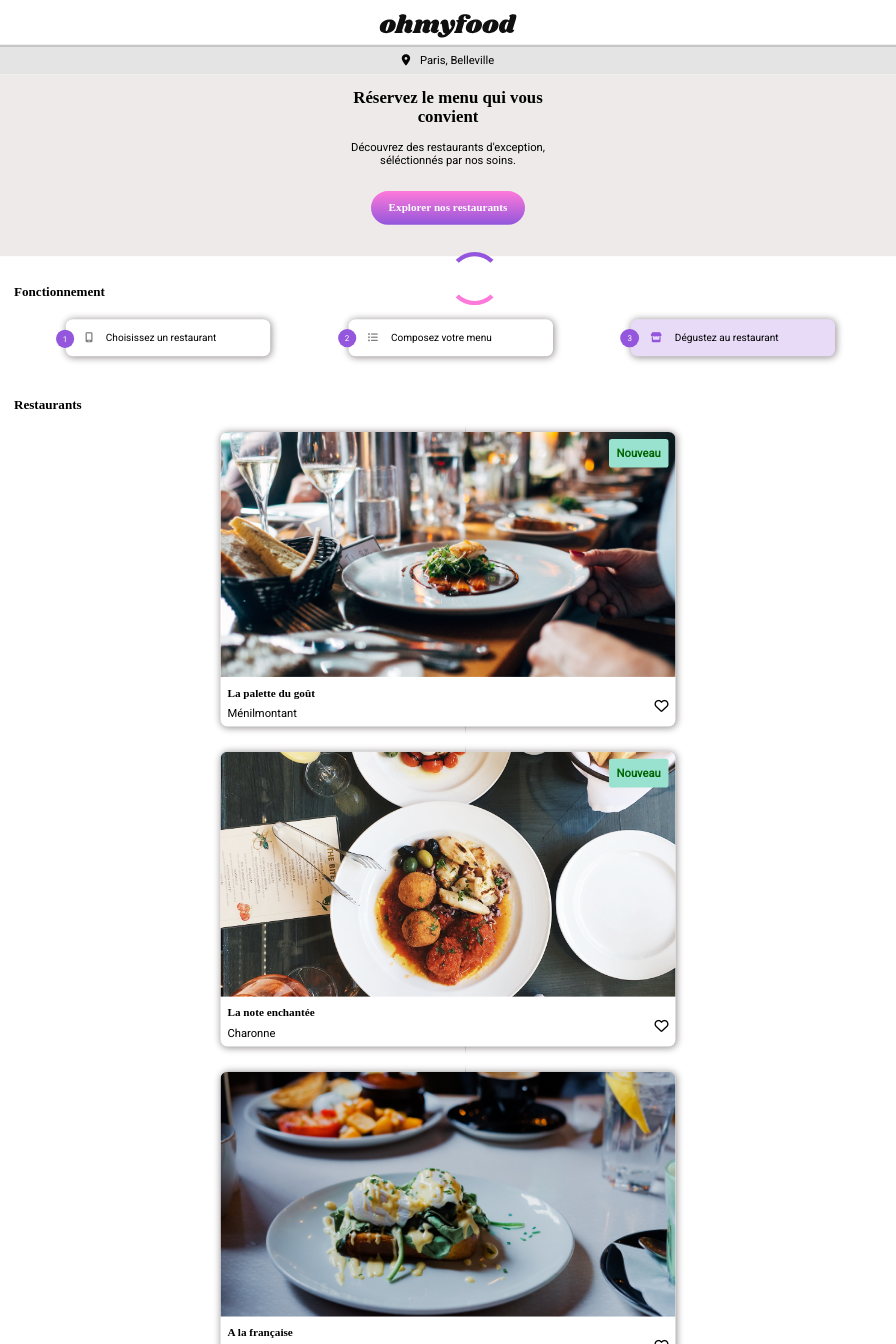
Repository: Micka-17/boimickael_3_16042021
Page: index.html
These files come from the project's save history. The page is drawn as it stood at one moment and after the next save; the edit follows.
The browser window is 1280 px wide. The pictures show the part of the page from y = 0 to 1920 px (the page is 2618 px tall), at 70% of full size.
Some web fonts or font styles are not loaded; a fallback is used. Some web libraries are served in a nearby version. The style sheet was rebuilt from its Sass, Less or Tailwind sources for each picture, by a compiler version that may differ from the author's.

Above is the page before, as saved 2021-05-26 10:49:15.

### index.html
<!DOCTYPE html>
<html lang="en">
  <head>
    <meta charset="UTF-8" />
    <meta http-equiv="X-UA-Compatible" content="IE=edge" />
    <meta name="viewport" content="width=device-width, initial-scale=1.0" />
    <link rel="stylesheet" href="css/style.css" />
    <script
      src="https://kit.fontawesome.com/7f2b024bdc.js"
      crossorigin="anonymous"
    ></script>
    <title>OhMyFood</title>
  </head>
  <body>
    <div id="backgroundloader">
      <div id="loader"></div>
    </div>
    <header>
      <div id="logo">
        <img src="images/logo/ohmyfood@2x.svg" alt="OhMyFood" />
      </div>
    </header>
    <section id="sec-1">
      <div id="top">
        <div id="paris">
          <p><i class="fas fa-map-marker-alt icon"></i> Paris, Belleville</p>
        </div>
        <div id="reservation">
          <h2 id="center-top1">Réservez le menu qui vous convient</h2>
          <p id="center-top2">
            Découvrez des restaurants d'exception, séléctionnés par nos soins.
          </p>
          <a id="btn" href="#sec-3">Explorer nos restaurants</a>
        </div>
      </div>
    </section>
    <section id="sec-2">
      <div class="fonctionnement">
        <h3 class="h3s">Fonctionnement</h3>
        <ul class="bolder">
          <li>
            <i class="fas fa-mobile-alt icon-top"></i> Choisissez un restaurant
            <p id="number1">1</p>
          </li>
          <li>
            <i class="fas fa-list-ul icon-top"></i> Composez votre menu
            <p id="number2">2</p>
          </li>
          <li id="li-3">
            <i class="fas fa-store icon-top-purple"></i> Dégustez au restaurant
            <p id="number3">3</p>
          </li>
        </ul>
      </div>
    </section>
    <section id="sec-3">
      <h3 class="h3s">Restaurants</h3>
      <div class="choice">
        <a href="pages/la_palette_du_gout.html">
          <div class="card">
            <p class="nouveau">Nouveau</p>
            <img
              id="new"
              class="imga"
              src="images/restaurants/la_palette_du_gout.jpg"
              alt="la_palette_du_gout"
            />
            <div class="resto">
              <div>
                <h4>La palette du goût</h4>
                <p class="space">Ménilmontant</p>
              </div>
              <div class="loveclcik">
                <i class="far fa-heart love fa-lg"></i>
                <i class="fas fa-heart loves3"></i>
              </div>
            </div>
          </div>
        </a>
        <a href="pages/la_note_enchantee.html">
          <div class="card">
            <p class="nouveau">Nouveau</p>
            <img
              class="imga"
              src="images/restaurants/la_note_enchantee.jpg"
              alt="la_note_enchantee"
            />
            <div class="resto">
              <div>
                <h4>La note enchantée</h4>
                <p class="space">Charonne</p>
              </div>
              <div class="loveclcik">
                <i class="far fa-heart love fa-lg"></i>
                <i class="fas fa-heart loves3"></i>
              </div>
            </div>
          </div>
        </a>
        <a href="pages/a_la_francaise.html">
          <div class="card">
            <img
              class="imga"
              src="images/restaurants/a_la_française.jpg"
              alt="a_la_française"
            />
            <div class="resto">
              <div>
                <h4>A la française</h4>
                <p class="space">Cité Rouge</p>
              </div>
              <div class="loveclcik">
                <i class="far fa-heart love fa-lg"></i>
                <i class="fas fa-heart loves3"></i>
              </div>
            </div>
          </div>
        </a>
        <a href="pages/le_delice_des_sens.html">
          <div class="card">
            <img
              class="imga"
              src="images/restaurants/le_delice_des_sens.jpg"
              alt="le_delice_des_sens"
            />
            <div class="resto">
              <div>
                <h4>Le delice des sens</h4>
                <p class="space">Folie-Méricourt</p>
              </div>
              <div class="loveclcik">
                <i class="far fa-heart love fa-lg"></i>
                <i class="fas fa-heart loves3"></i>
              </div>
            </div>
          </div>
        </a>
      </div>
    </section>
    <section class="end">
      <footer>
        <div>
          <h3 id="logo-white">ohmyfood</h3>
          <div class="end-ul">
            <p>
              <i class="fas fa-utensils icon-footer"></i> Proposer un restaurant
            </p>
            <p>
              <i class="fas fa-hands-helping icon-footer"></i> Devenir
              partenaire
            </p>
            <p>Mentions légales</p>
            <a id="contact" href="mailto:contact@ohmyfood.com"
              ><p>Contact</p></a
            >
          </div>
        </div>
      </footer>
    </section>
  </body>
</html>

### sass/style.scss
@import "./directories/Utils/variables-mixin";
@import "./directories/Base/main.scss";



ul {
    font-family: 'Roboto', sans-serif;
    font-size: 0.9em;
    @media (min-width: 430px) {
        max-width: 450px;
    }
        @media (min-width: 1000px) {
            display: flex;
            min-width: 100%;
            justify-content: space-evenly;
        }
}

#backgroundloader {

    top: 0;
    left: 0;
    background-color: $color3;
    min-width: 100%;
    height: 100%;
    animation: loader2 33s;
    animation-fill-mode: both;
    animation-timing-function: step-end;
  }
#loader {
    position: absolute;
    height: 70px;
    top: 50%;
    right: 50%;
    bottom: 50%;
    left: 50%;
    width: 64px;
    height: 64px;
    border-radius: 50%;
    border: 6px solid rgb(255, 255, 255);
    border-color: $color1 transparent $color2 transparent;
    animation: dual-ring 0.8s infinite, loader 3s;
    animation-delay: 0.2s;
    animation-fill-mode: both;
  }

#contact {
    color: white;
}

.spacediv p {
    font-family: 'Roboto', sans-serif;
    text-overflow: ellipsis;
    overflow: hidden;
    white-space: nowrap;
}

#logo {
    display: flex;
    justify-content: center;
    margin-top: 20px;
    margin-bottom: 10px;
}

#paris {
    display: flex;
    justify-content: center;
    border-top: solid 3px rgba(128, 128, 128, 0.301);
    min-width: 321px;
    padding-top: 10px;
    padding-bottom: 10px;
    background-color: rgba(128, 128, 128, 0.212);
        .icon {
            margin-right: 10px;
        }
}

#reservation {
    display: flex;
    justify-content: center;
    flex-direction: column;
    place-items: center;
    background-color: rgb(238, 234, 234);
    padding-bottom: 45px;
        #btn {
            @include btn();
                &:hover {
                    filter: brightness(1.50);
                    box-shadow: 0px 0px 10px 15px gray;
                }
        }
}

#center-top1 {
    text-align: center;
    margin-top: 20px;
    max-width: 350px;
}

#center-top2 {
    margin-top: 20px;
    margin-bottom: 20px;
    text-align: center;
    max-width: 350px;
}


.icon-top {
    color: gray;
    margin-right: 15px;
    margin-left: 10px;
}

.icon-top-purple {
    color: $color1;
    margin-right: 15px;
    margin-left: 10px;
}

#li-3 {
    background-color: #9256dc36;
}

li { position: relative;
    background-color: #ffffff;
    border-radius: 10px;
    padding: 18px;
    margin: 18px;
    margin-left: 25px;
    box-shadow: 1px 1px 10px 1px rgb(151, 145, 145);
    min-width: 20%;
        #number1 {
            position: absolute;
            top: 15px;
            left: -14px;
            background-color: $color1;
            border-radius: 50px;
            padding: 6px 10px;
            font-size: 0.8em;
            color: white;
        }
            #number2 {
                position: absolute;
                top: 14px;
                left: -15px;
                background-color: $color1;
                border-radius: 50px;
                padding: 6px 10px;
                font-size: 0.8em;
                color: white;
            }
                #number3 {
                    position: absolute;
                    top: 14px;
                    left: -15px;
                    background-color: $color1;
                    border-radius: 50px;
                    padding: 6px 10px;
                    font-size: 0.8em;
                    color: white;
                }
}
.space {
    margin-top: 10px;
    margin-bottom: 10px;
}
.card {
    background-color: #ffffff;
    border-radius: 10px;
    padding: 0px;
    margin: 18px;
    box-shadow: 1px 1px 10px 1px rgb(151, 145, 145);
    max-width: 100%;
}
.imga {
    object-fit: cover;
    border-radius: 10px 10px 0px 0px;
    width: 650px;
    height: 350px;
        @media (max-width:900px) {
            max-width: 100%;
        }
            @media (max-width:500px) {
                max-width: 100%;
                height: 240px;
            }
                @media (max-width:380px) {
                    height: 220px;
                }
}
.card {
    position: relative;
}
.nouveau {
    position: absolute;
    padding: 0.7rem;
    border-radius: 0.25rem;
    color: darkgreen;
    font-weight: bold;
    right: 10px;
    top: 10px;
    background-color: #99e2d0;
}

.h3s {
    margin: 40px 0px 10px 20px;

}

.choice {
    display: flex;
    flex-direction: column;
    place-items: center;
    flex-wrap: wrap;
        .resto {
            display: flex;
            justify-content: space-between;
            align-items: center;
            margin: 10px;
        }
            @media (min-width: 630px) {
                flex-wrap: wrap;
                flex-direction: row;
                justify-content: center;
            }
                @media (min-width: 1350px) {
                    display: grid;
                    grid-template-rows: 50% 50%;
                    grid-template-columns: 50% 50%;
                }
}


footer {
    margin-top: 30px;
    padding: 10px;
    background-color: rgb(54, 54, 54);
    color: white;
        #logo-white {
            font-family: 'Shrikhand', cursive;
            font-weight: 300;
            margin-bottom: 15px;
            margin-left: 20px;
            margin-top: 10px;
        }
            li {
                background-color: transparent;
                border-radius: 0;
                padding: 5px;
                margin-left: 20px;
                box-shadow: none;
                display: flex;
                margin-top: 5px;
                margin-bottom: 5px;
            }
                .icon-footer {
                    max-width: 2px;
                    max-height: 2px;
                    margin-right: 25px;
                }
                    @media (min-width:1000px) {
                        padding: 40px;
                    }
}


//pages 2

.img-top {
    min-width: 100%;
    max-height: 510px;
}

.arrow {
    position: absolute;
    left: 20px;
    top: 30px;
    color: rgba(0, 0, 0, 0.801);
}
#margtitle {
    margin-left: 15px;
    max-width: 220px;
}
img {
    object-fit: cover;
}
.titlemargall {
    margin-top: 30px;
    margin-left: 15px;
    border-bottom: solid rgba(55, 224, 55, 0.541);
    max-width: 30px;
}
#middle {
    position: absolute;
    top: 240px;
    min-width: 100%;
    min-height: 980px;
    background-color: rgb(231, 229, 229);
    border-radius: 20px 20px 0px 0;
    padding-top: 30px;
     .entrees {
        @include centre();
        @include capsule();
     }
        .bold {
            font-weight: bold;
            font-size: 1em;
        }
        .bolder {
            font-weight: bold;
            font-size: 0.6m;
                @media (min-width: 1000px) {
                    margin: 15px;
                }
        }
            p {
                font-size: 0.7em;
            }
                .loves1 {
                    position: absolute;
                    right: 15px;
                    color: gray
                }
}

.loves2 {
    display: none;
    opacity: 0;
    background: linear-gradient(0deg,#9356dc,#ff79da);
    background-clip: text;
    -webkit-background-clip: text;
    -moz-background-clip: text;
    -webkit-text-fill-color: transparent;
    position: absolute;
    right: 15px;
}
#margtitle:hover .loves2 {
    animation: fadeout;
    opacity: 1;
    animation-duration: .5s;
    display: inline-block;
    justify-content: center;
}

.loves3 {
    display: none;
    opacity: 0;
    background: linear-gradient(0deg,#9356dc,#ff79da);
    background-clip: text;
    -webkit-background-clip: text;
    -moz-background-clip: text;
    -webkit-text-fill-color: transparent;
    position: absolute;
    right: 9px;
    bottom: 18px;
}
.loveclcik:hover .loves3 {
    animation: fadeout2;
    opacity: 1;
    animation-duration: .5s;
    display: inline-block;
    justify-content: center;
    font-size: 1.5em;
}

#entrees {
    animation: slideup 1s;
    animation-duration: 1s;
}
#plats {
    animation: slideup 1s;
    animation-duration: 5s;
}
#desserts {
    animation: slideup 1s;
    animation-duration: 8s;
}


.entrees, .plats, .desserts {
    cursor: pointer;
        @media (max-width:321px) {
            width: 300px;
        }
        @media (max-width:378px) {
            max-width: 100%;
        }
        @media (max-width:414px) {
            max-width: 100%;
        }
        @media (min-width: 1000px) {
            min-height: 90px;
            width: 100%;
        }
}

.spacediv {
    width: 100%;
    overflow: hidden;
    @include spacediv();
        @media (min-width: 1000px) {
            justify-content: space-evenly;
        }
}
.plats {
    @include capsule();
    @include centre();
}
.desserts {
    @include capsule();
    @include centre();
}

.responsive {
    @media (min-width: 1000px) {
        display: flex;
        justify-content: center;
    }
}

.responsive-entrees {
    @media (min-width: 1000px) {
        display: flex;
        justify-content: center;
    }
}

#btnp2 {
    @include btn();
    margin-top: 40px;
        &:hover {
            filter: brightness(1.50);
            box-shadow: 0px 0px 10px 15px gray;
        }
         @media (min-width: 1000px) {
            margin-top: 150px;
         }
}

#placement-btn {
    display: flex;
    justify-content: center;
    place-items: center;
}

.end1 {
    position: absolute;
    top: 1151px;
    min-width: 100%;
}

.end {
    position: absolute;
    min-width: 100%;
}

.end-ul {
        @media (min-width: 430px) {
        max-width: 450px;
    }
        @media (min-width: 1000px) {
            display: flex;
            min-width: 100%;
            flex-direction: row;
            justify-content: space-evenly;
        }
}

.end-ul p {
    margin: 8px;
    margin-left: 20px;
}

//page la note enchantee

 .align-price{
    display: flex;
    align-items: flex-end;
    margin-bottom: 8px;
    margin-right: 8px;
}

.check {
    width: 0px;
    transition-duration: 1s;
    font-size: 1.5em;
     & i {
        display: none;
        place-items: center;
        color: white;
     }
}

.entrees:hover .check {
    width: 90px;
    height: 51px;
    background-color: $color3;
    display: flex;
    justify-content: center;
    border-radius: 0 20% 20% 0;
        @media (max-width: 1000px) {
            width: 65px;
        }
            & .rotation {
                display: flex;
                place-items: center;
            }
                & .rond {
                    display: flex;
                    place-items: center;
                    transform-origin: center;
                    animation: spin;
                    animation-duration: 1s;
                }
                    @media (min-width: 1000px) {
                        height: 90px;
                        border-radius: 0 10% 10% 0;
                    }
}


.plats:hover .check {
    width: 90px;
    height: 51px;
    background-color: $color3;
    display: flex;
    justify-content: center;
    border-radius: 0 20% 20% 0;
        @media (max-width: 1000px) {
            width: 65px;
        }
            & .rotation {
                display: flex;
                place-items: center;
            }
                & .rond {
                    display: flex;
                    place-items: center;
                    transform-origin: center;
                    animation: spin;
                    animation-duration: 1s;
                }
                    @media (min-width: 1000px) {
                        height: 90px;
                        border-radius: 0 10% 10% 0;
                    }
}

.desserts:hover .check {
    width: 90px;
    height: 51px;
    background-color: $color3;
    display: flex;
    justify-content: center;
    border-radius: 0 20% 20% 0;
        @media (max-width: 1000px) {
            width: 65px;
        }
            & .rotation {
                display: flex;
                place-items: center;
            }
                & .rond {
                    display: flex;
                    place-items: center;
                    transform-origin: center;
                    animation: spin;
                    animation-duration: 1s;
                }
                    @media (min-width: 1000px) {
                        height: 90px;
                        border-radius: 0 10% 10% 0;
                    }
}

### sass/directories/Base/main.scss
@import url('https://fonts.googleapis.com/css2?family=Roboto&family=Shrikhand&display=swap');

* {
    margin: 0;
    padding: 0;
    text-decoration: none;
    list-style-type: none;
}
#margtitle {
    font-family: Shrikhand;
    font-weight: 100;
    font-size: 1.2em;
}
p {
    font-family: 'Roboto', sans-serif;
}
a {
    text-decoration: none;
    list-style: none;
    color: rgb(0, 0, 0);
}

Loaded but not shown: sass/directories/Utils/_variables-mixin.scss (128 lines, source omitted)

After the next save:
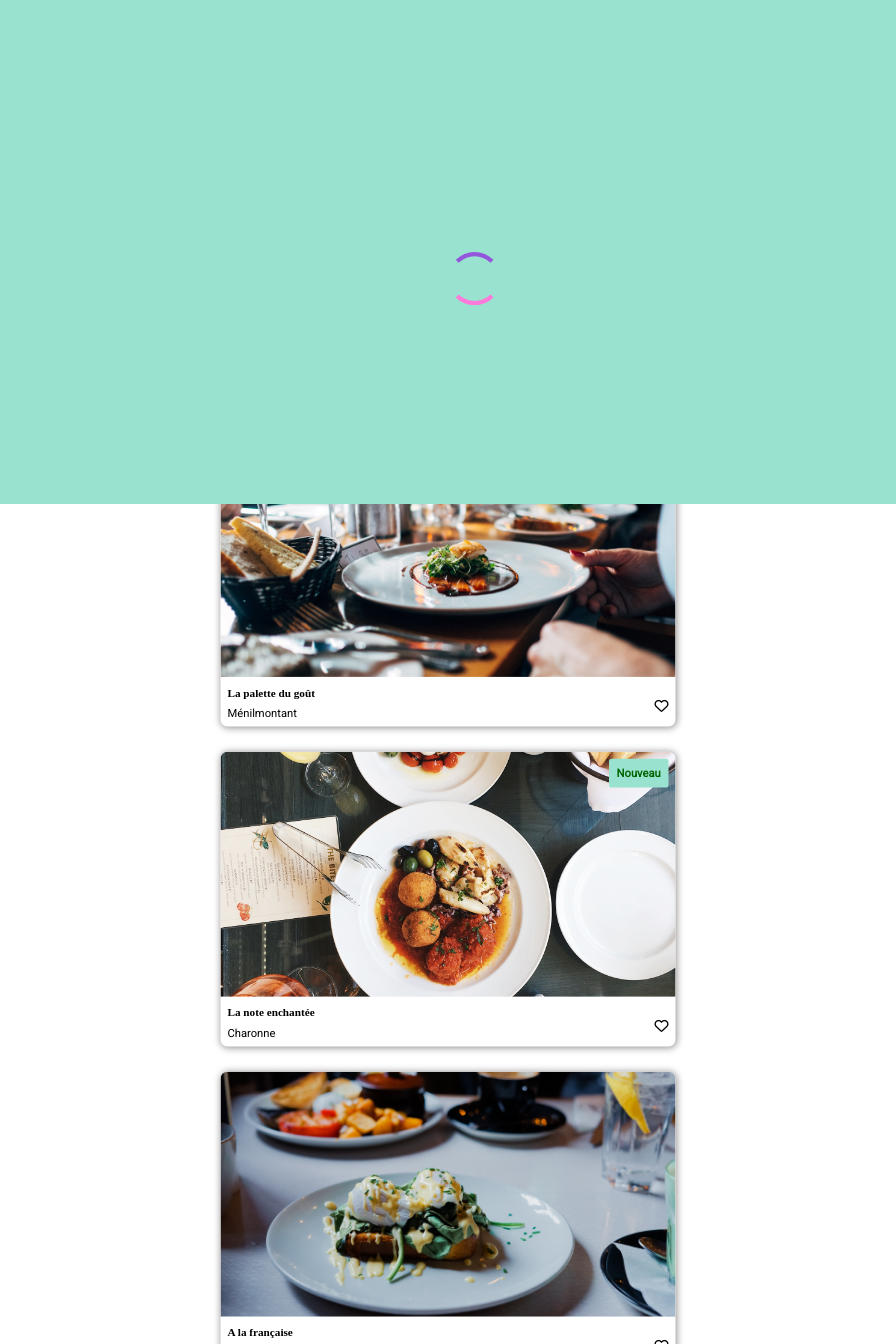
Saved 4 s later.
--- a/sass/style.scss
+++ b/sass/style.scss
@@ -17,7 +17,7 @@ ul {
 }
 
 #backgroundloader {
-
+    position: absolute;
     top: 0;
     left: 0;
     background-color: $color3;

After the 4 saves that followed:
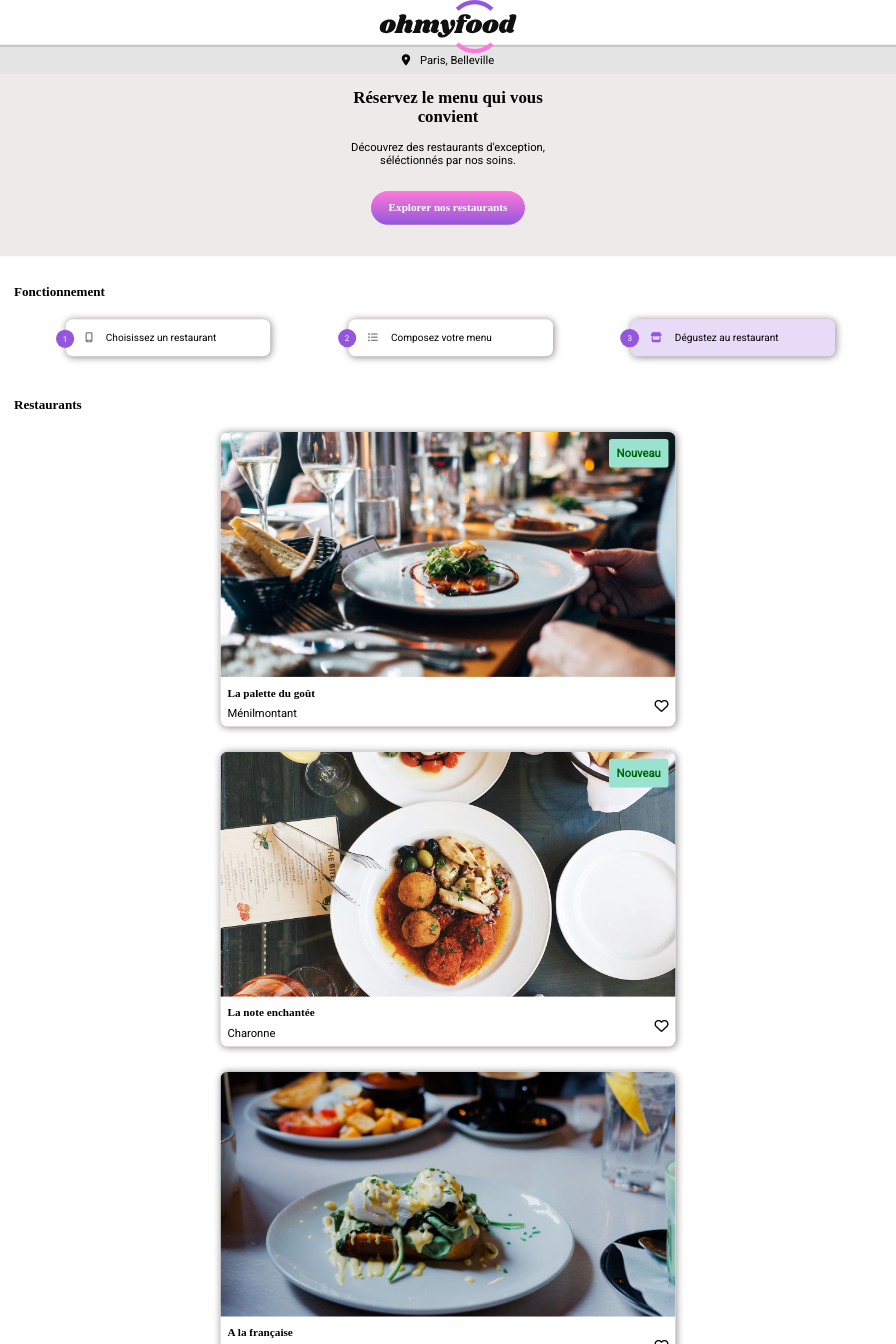
The 4 saves are shown as one change because 3 left the picture as it was.
The last was saved 21 s later.
--- a/sass/style.scss
+++ b/sass/style.scss
@@ -22,7 +22,7 @@ ul {
     left: 0;
     background-color: $color3;
     min-width: 100%;
-    height: 100%;
+    height: auto;
     animation: loader2 33s;
     animation-fill-mode: both;
     animation-timing-function: step-end;
